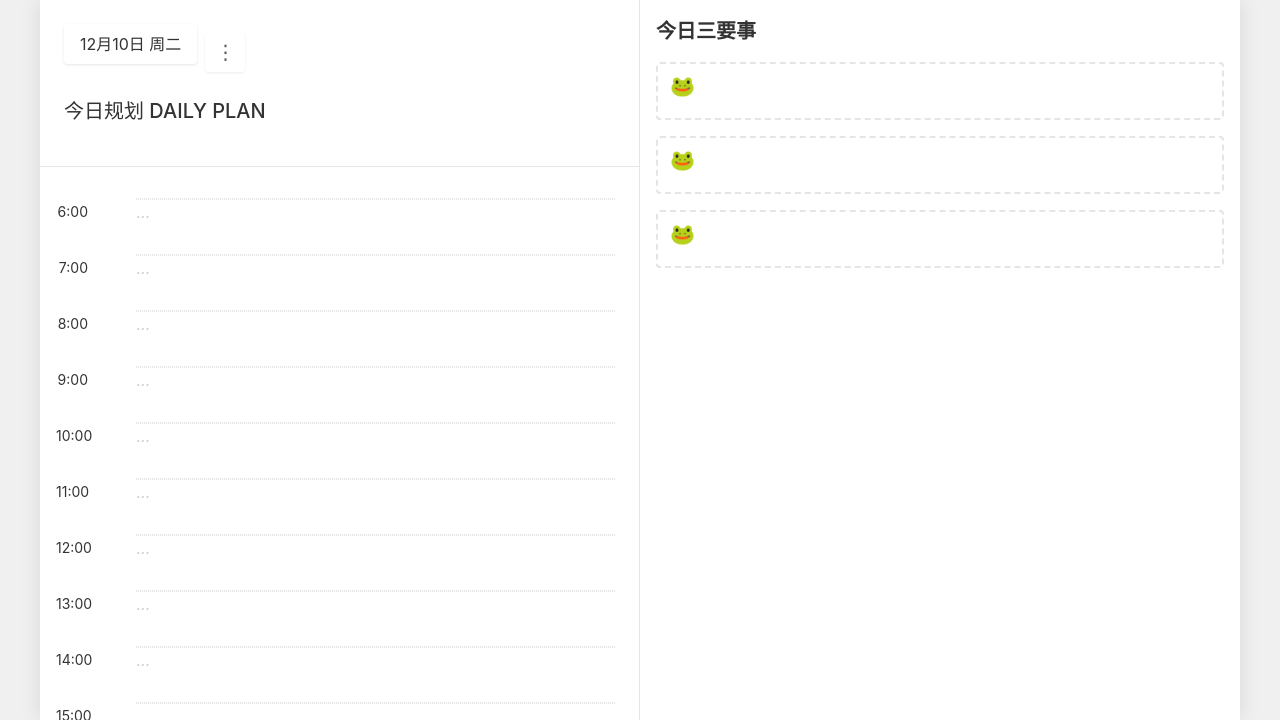
Repository: a6288a/Daily-Planner
Page: index.html
The author's editor kept a copy of each file at every save. The page is drawn from the files as they stood at one save, then again after the next save.
The browser window is 1280 px wide. The pictures show the whole page.
An inner scrolling area shows only its first screen.

Above is the page before, as saved 2024-12-10 17:49:06.

After the next save:
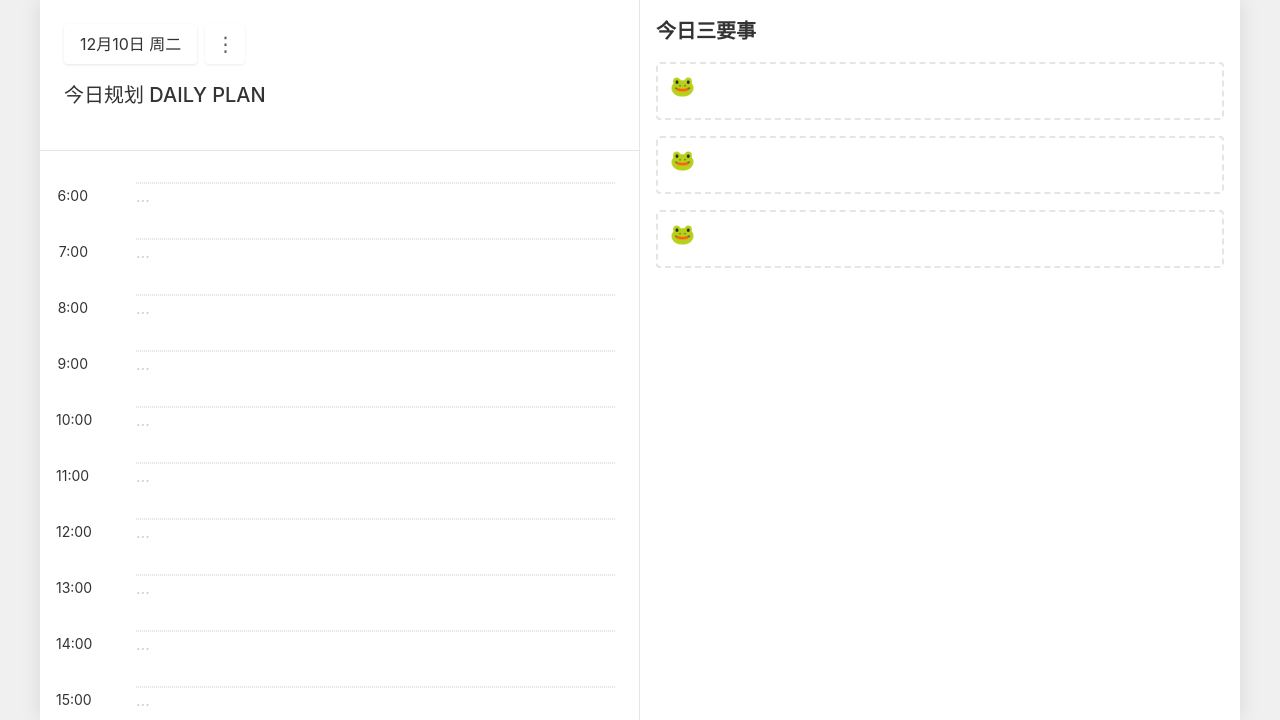
Saved 57 s later.
--- a/styles.css
+++ b/styles.css
@@ -575,6 +575,7 @@ input[type="date"] {
     gap: 8px;
     margin-bottom: calc(var(--spacing-unit) * 2);
     position: relative;
+    height: 40px;
 }
 
 .clear-all-btn {
@@ -679,6 +680,7 @@ input[type="date"] {
     gap: 8px;
     margin-bottom: calc(var(--spacing-unit) * 2);
     position: relative;
+    height: 40px;
 }
 
 /* 移除原来的清除按钮样式 */
@@ -686,18 +688,9 @@ input[type="date"] {
     display: none;
 }
 
-/* 头部控制区样式 */
-.header-controls {
-    display: flex;
-    align-items: center;
-    gap: 8px;
-    margin-bottom: calc(var(--spacing-unit) * 2);
-    position: relative;
-}
-
 /* 日期按钮样式 */
 .current-date {
-    height: 40px;
+    height: 100%;
     display: flex;
     align-items: center;
     padding: 0 16px;
@@ -709,11 +702,12 @@ input[type="date"] {
     cursor: pointer;
     transition: all 0.2s ease;
     user-select: none;
+    margin: 0;
 }
 
 /* 菜单按钮样式 */
 .menu-trigger {
-    height: 40px;
+    height: 100%;
     width: 40px;
     display: flex;
     align-items: center;
@@ -727,6 +721,8 @@ input[type="date"] {
     cursor: pointer;
     transition: all 0.2s ease;
     opacity: 0.8;
+    margin: 0;
+    padding: 0;
 }
 
 /* 统一的悬停效果 */
